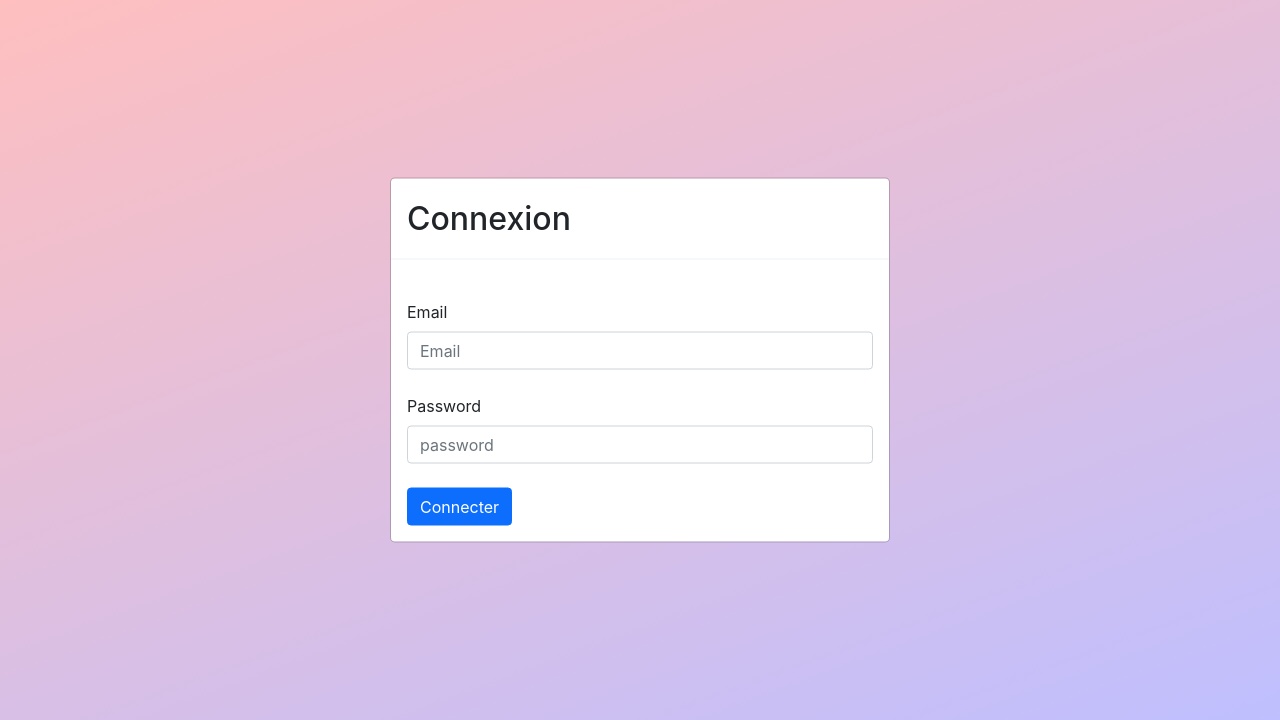
Repository: FS-23/react-task-manager
Page: /login
The author's editor kept a copy of each file at every save. The page is drawn from the files as they stood at one save, then again after the next save.
The browser window is 1280 px wide. The pictures show the whole page.
The project was rebuilt for these pictures with package versions that can differ from the ones it lists, and the page was loaded fresh each time.

Above is the page before, as saved 2022-04-28 14:28:42.

After the next save:
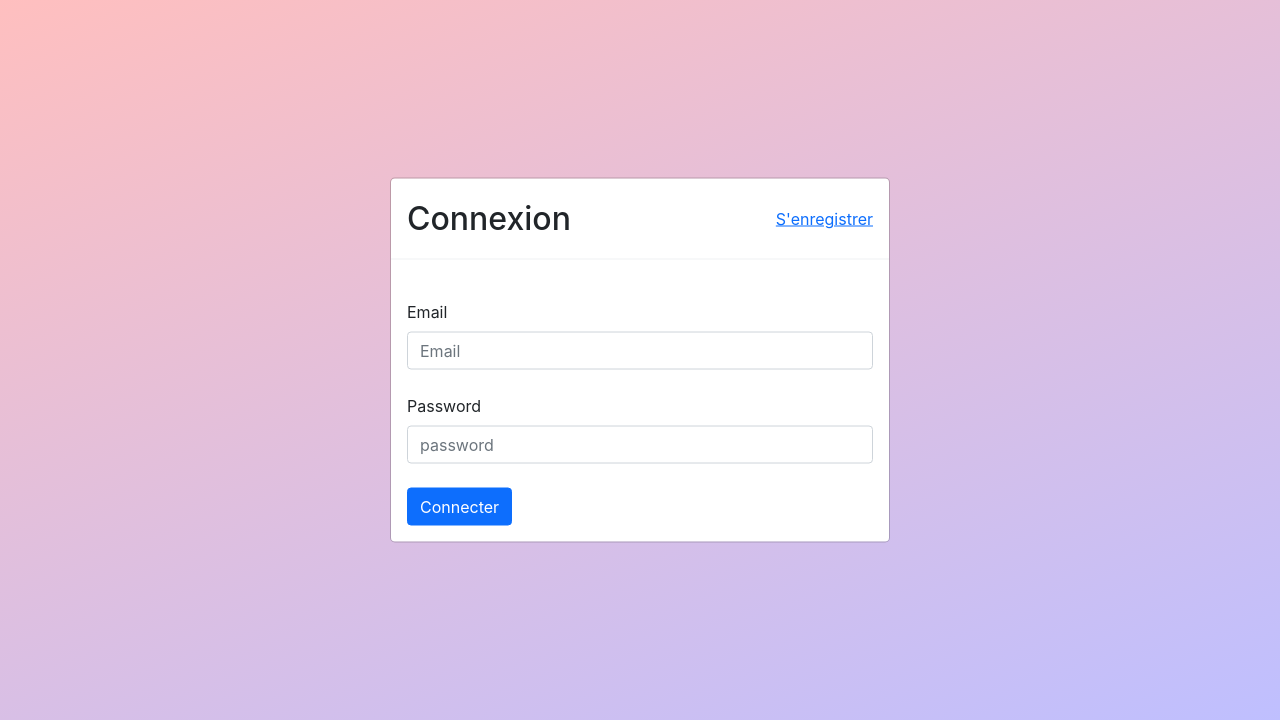
Saved 81 s later.
--- a/src/components/Login.js
+++ b/src/components/Login.js
@@ -32,6 +32,7 @@ function Login(){
                                <div className='modal-content'>
                                     <div className='modal-header'>
                                         <h2 className='modal-title'>Connexion</h2>
+                                        <a href='#'>S'enregistrer</a>
                                     </div>
                                     <div className='modal-body'>
                                     <form onSubmit={handleFormSubmit}>
